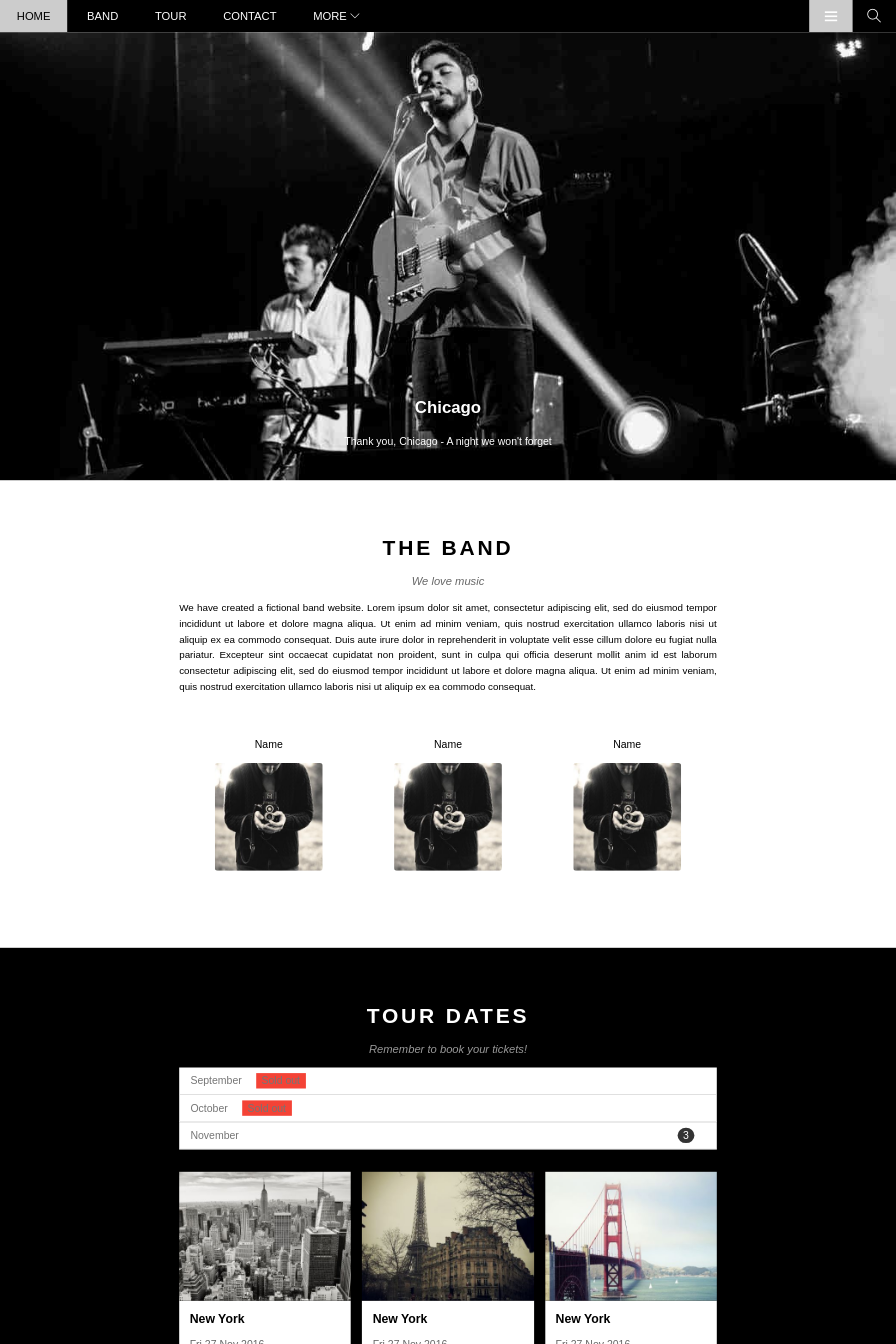
Repository: Bakyproit/the-Band
Page: index.html
These files come from the project's save history. The page is drawn as it stood at one moment and after a run of saves; the edit follows.
The browser window is 1280 px wide. The pictures show the part of the page from y = 0 to 1920 px (the page is 3522 px tall), at 70% of full size.
The pointer rests on the first visible `#header .mobile-menu-btn`.

Above is the page before, as saved 2022-01-03 16:38:33.

After the next 2 saves:
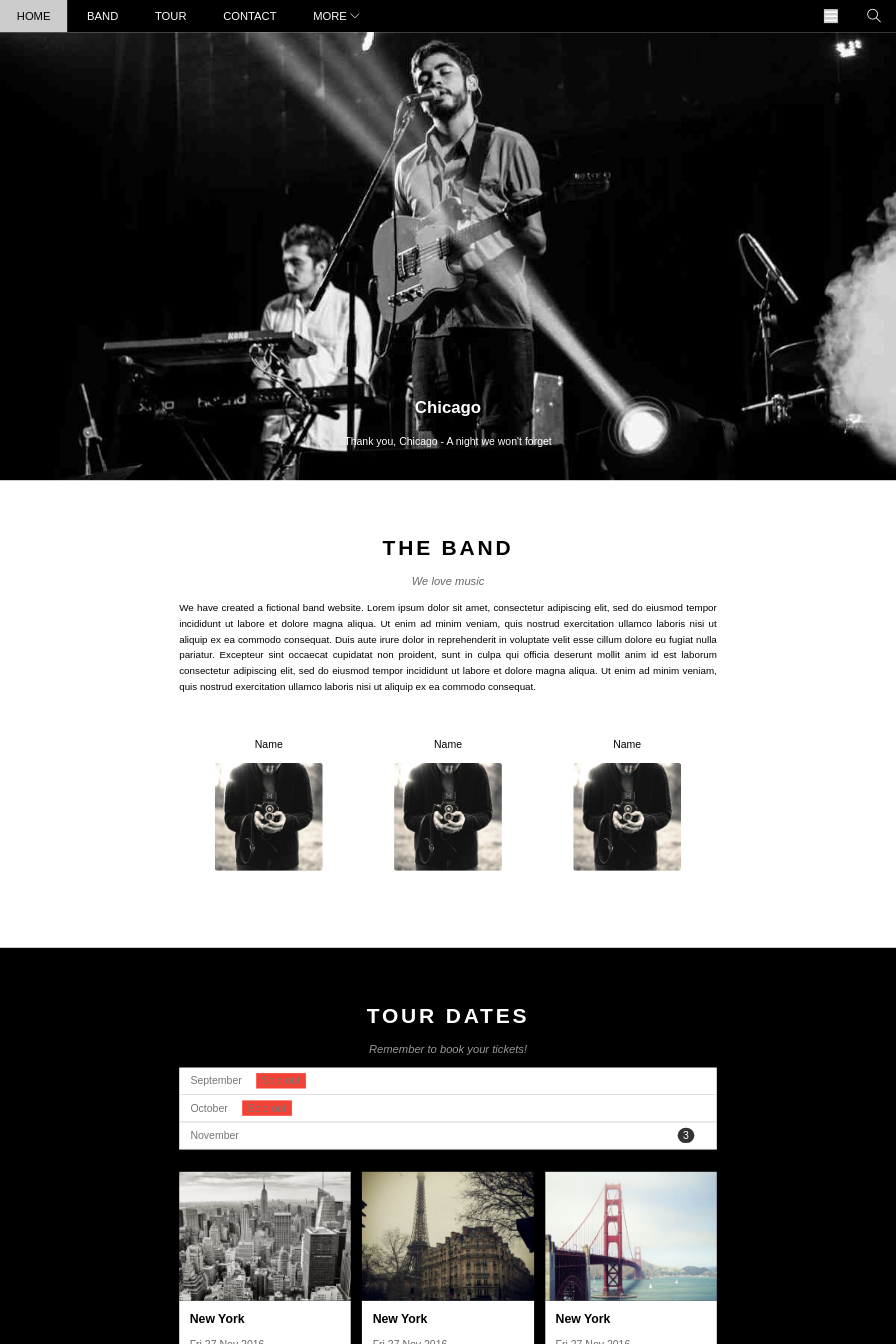
The 2 saves are shown as one change because they came seconds apart.
The last was saved 61 s later.
--- a/assets/css/style.css
+++ b/assets/css/style.css
@@ -125,7 +125,7 @@
     cursor: pointer;
     background-color:#f44336 ;
 }
-#header .mobile-menu-btn:hover {
+#header .mobile-menu-btn:hover .menu-icon{
     background-color:#ccc ;
 }
 #header .menu-icon ,
